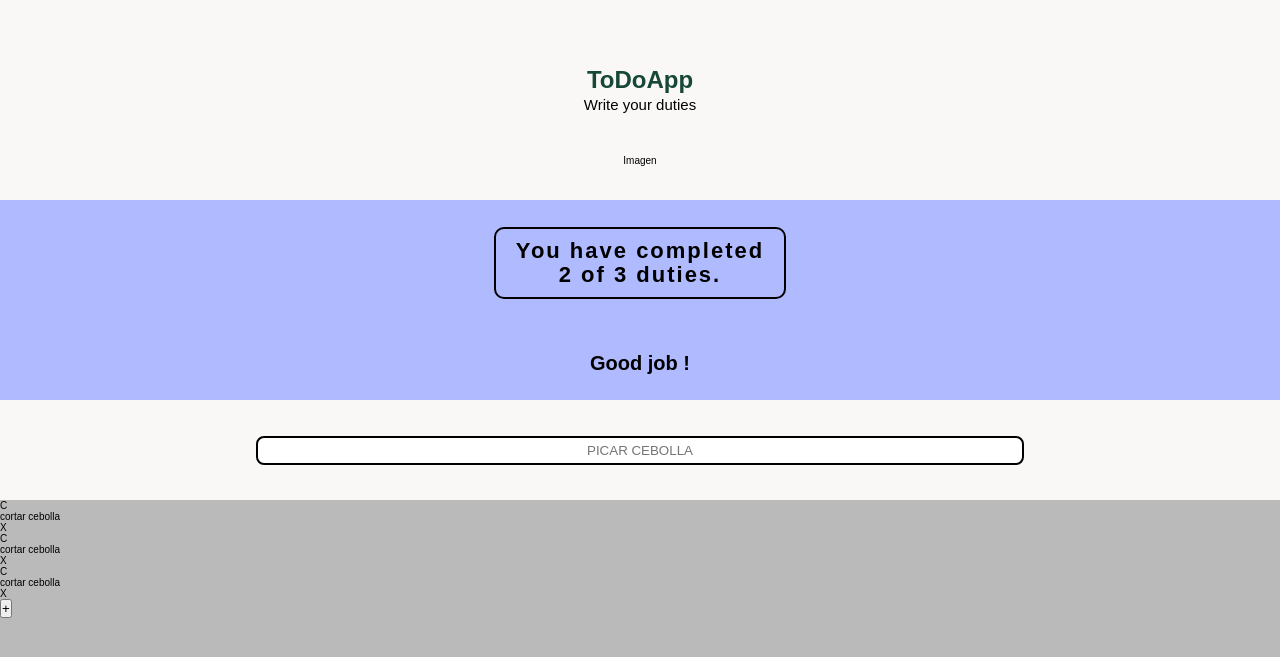
Repository: ChristianGecchelin/to-do-app
Page: /
These files come from the project's save history. The page is drawn as it stood at one moment and after the next save; the edit follows.
The browser window is 1280 px wide. The pictures show the whole page.
The project was rebuilt for these pictures with package versions that can differ from the ones it lists, and the page was loaded fresh each time.

Above is the page before, as saved 2022-01-12 11:28:40.

After the next save:
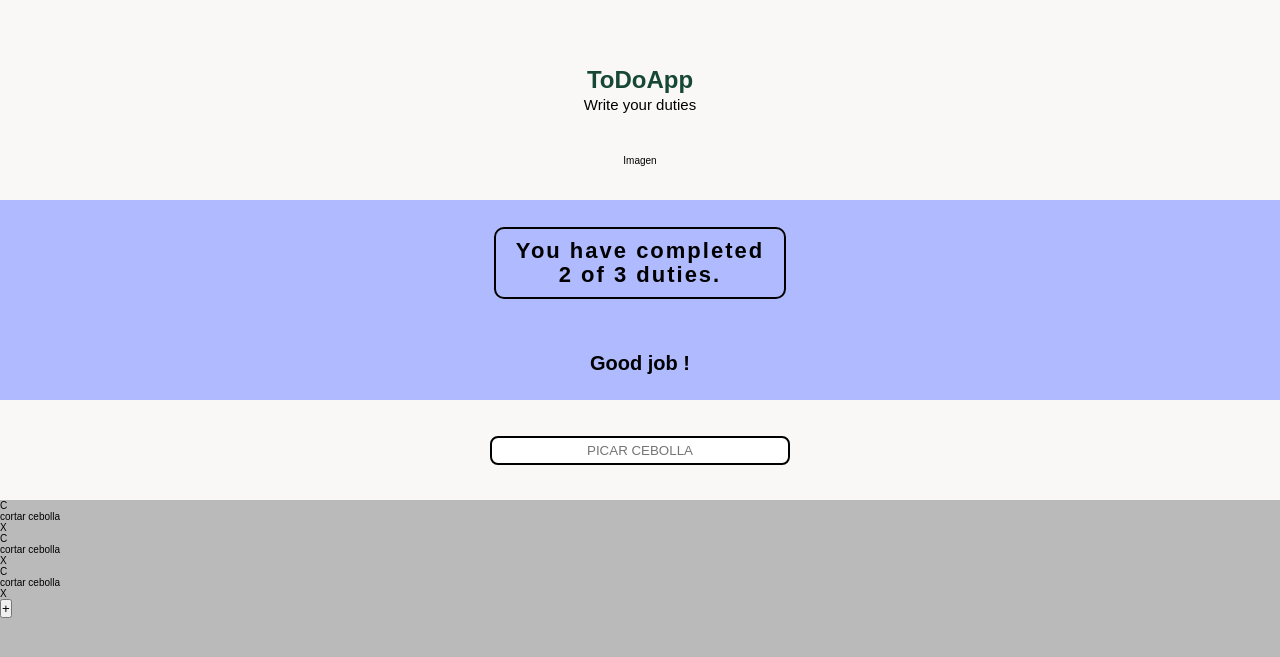
Saved 30 s later.
--- a/src/styles/ToDoSearch.css
+++ b/src/styles/ToDoSearch.css
@@ -11,6 +11,7 @@
 }
 .search-input {
   width: 60%;
+  max-width: 300px;
   border: 2px solid black;
   border-radius: 8px;
   margin: 0 auto;
